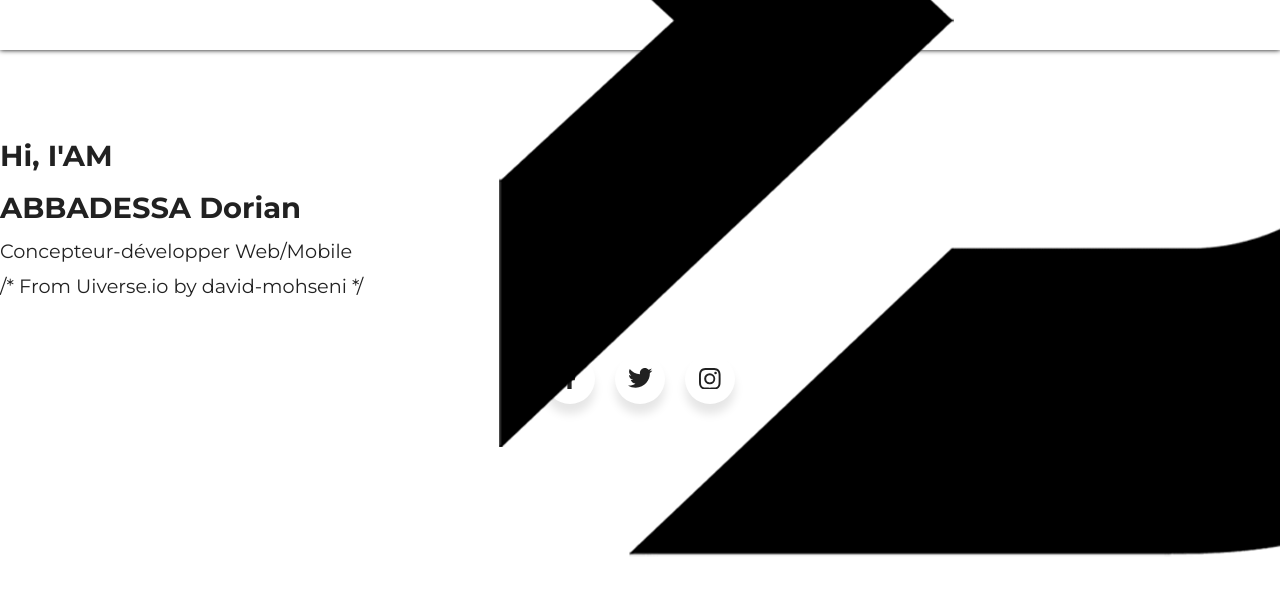
Repository: DorianABDS/Portfolio-ABBADESSA-Dorian
Page: index.html
These files come from the project's save history. The page is drawn as it stood at one moment and after the next save; the edit follows.
The browser window is 1280 px wide. The pictures show the window.
A layer covers the whole window, so only the first screen is drawn.

Above is the page before, as saved 2024-11-27 23:06:11.

After the next save:
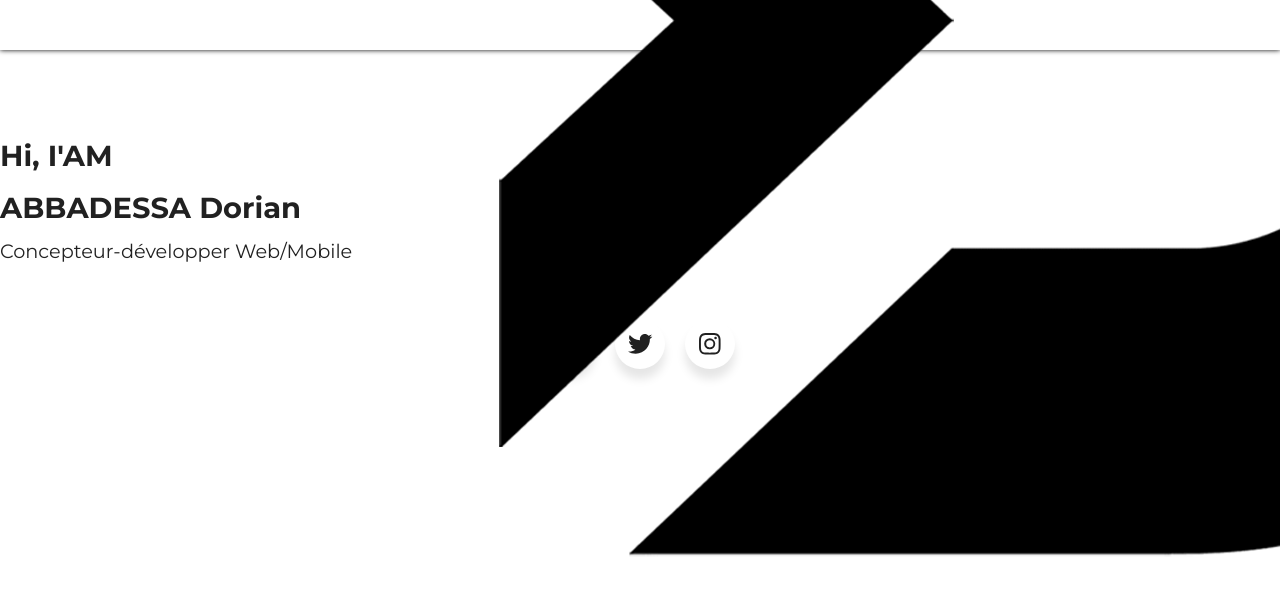
Saved 16 s later.
--- a/index.html
+++ b/index.html
@@ -36,7 +36,6 @@
                 <h1><span>ABBADESSA Dorian</span></h1>
                 <p>Concepteur-développer Web/Mobile</p>
                 <div class="social">
-                  /* From Uiverse.io by david-mohseni */
                   <ul class="wrapper">
                     <li class="icon facebook">
                       <span class="tooltip">Facebook</span>
